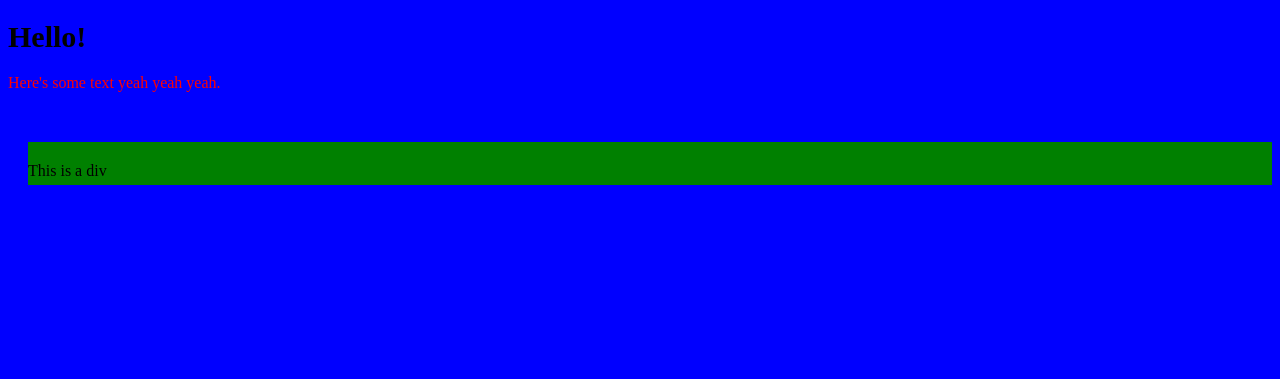
Repository: OperationSpark/teacher-training-curriculum
Page: Lesson4.html
The author's editor kept a record of every edit. The page is drawn from the files as they stood at one moment, then again after the next edit.
The browser window is 1280 px wide. The pictures show the whole page.

Above is the page before.

After the next edit:
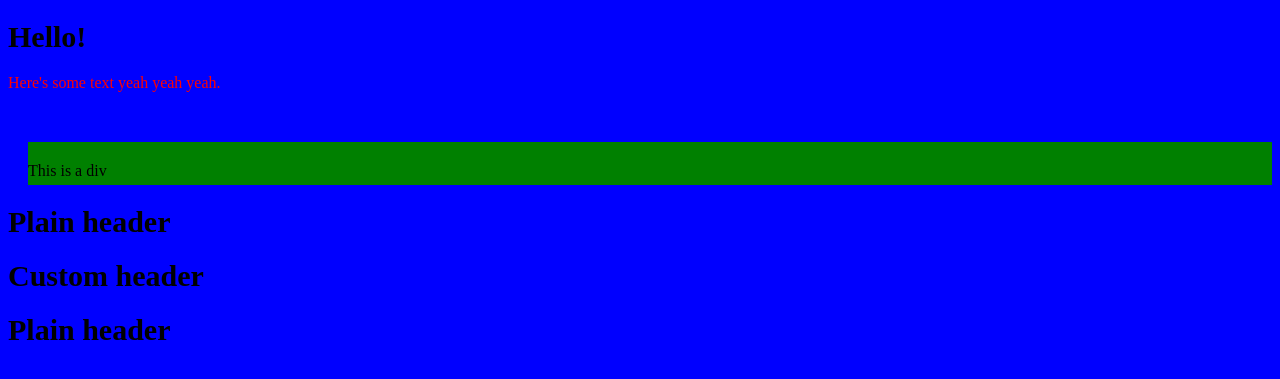
The edit:
--- a/Lesson4.html
+++ b/Lesson4.html
@@ -33,5 +33,10 @@
 
         <div>This is a div</div>
 
+
+        <h1>Plain header</h1>
+        <h1 class="special">Custom header</h1>
+        <h1>Plain header</h1>
+
     </body>
 </html>
